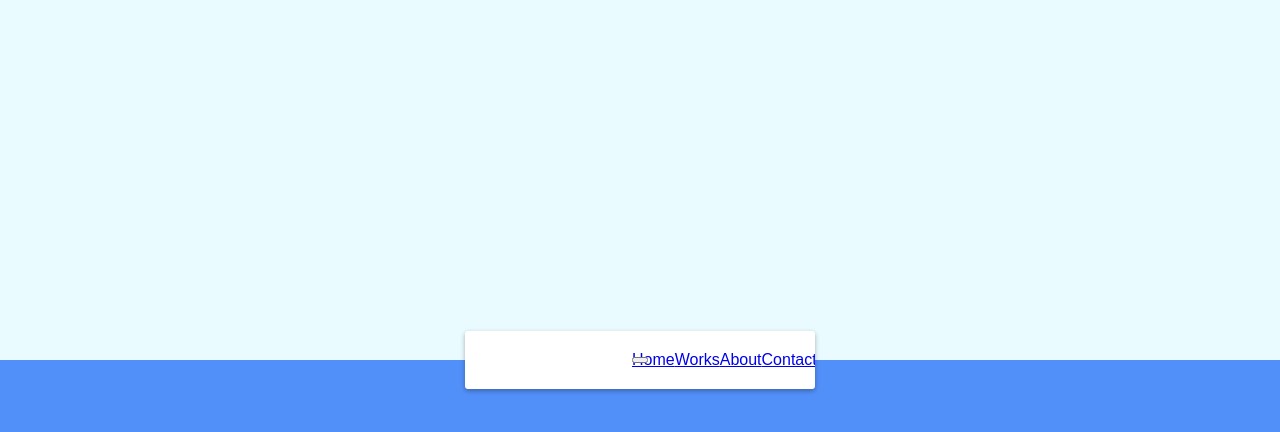
Repository: MMXiaohang/50projects50days-copy
Page: 14-animated-navigation/1-index.html
These files come from the project's save history. The page is drawn as it stood at one moment and after the next save; the edit follows.
The browser window is 1280 px wide. The pictures show the whole page.

Above is the page before, as saved 2022-07-29 00:08:03.

### 14-animated-navigation/1-index.html
<!DOCTYPE html>
<html lang="en">
<head>
    <meta charset="UTF-8">
    <meta http-equiv="X-UA-Compatible" content="IE=edge">
    <meta name="viewport" content="width=device-width, initial-scale=1.0">
    <link rel="stylesheet" href="./1-style.css">
    <title>Animated Navigation</title>
</head>
<body>
    <nav id="nav" class="active">
        <ul>
            <li><a href="#">Home</a></li>
            <li><a href="#">Works</a></li>
            <li><a href="#">About</a></li>
            <li><a href="#">Contact</a></li>
        </ul>

        <button id="toggle" class="icon">
            <div class="line line1"></div>
            <div class="line line2"></div>
        </button>

    </nav>

    <script src="./1-script.js"></script>
</body>
</html>

### 14-animated-navigation/1-style.css

*{
    margin: 0;
    box-sizing: border-box;
}


body {
    font-family: 'Muli', sans-serif;
    background-color: #eafbff;
    background-image: linear-gradient(
        to bottom,
        #eafbff 0%,
        #eafbff 50%,
        #5290f9 50%,
        #5290f9 100%
    );
    display: flex;
    justify-content: center;
    align-items: center;
    height: 100vh;
}


nav {
    background-color: #fff;
    padding: 20px;
    width: 80px;
    display: flex;
    justify-content: center;
    align-items: center;
    border-radius: 3px;
    box-shadow: 0 2px 5px rgba(0, 0, 0, 0.3);
    transition: width 0.6s linear;
    overflow-x: hidden;
}

nav.active{
    width: 350px;
}

nav ul{
    display: flex;
    list-style: none;
    padding: 0;
    margin: 0;
    width: 0;
}

Loaded but not shown: 14-animated-navigation/1-script.js (no stored copy; drawn as an empty file)

After the next save:
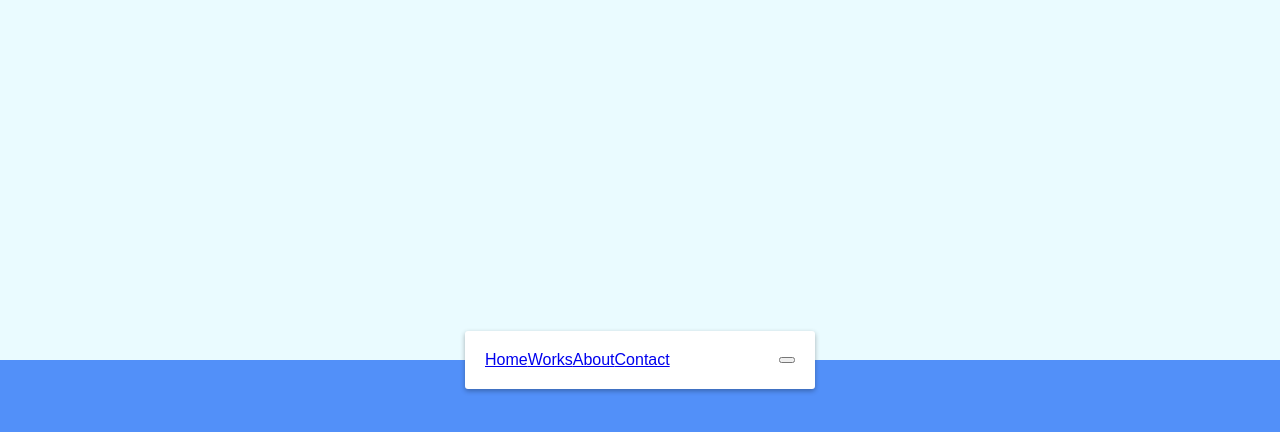
Saved 33 s later.
--- a/14-animated-navigation/1-style.css
+++ b/14-animated-navigation/1-style.css
@@ -45,4 +45,9 @@ nav ul{
     padding: 0;
     margin: 0;
     width: 0;
+    transition: width 0.6s linear;
 }
+
+nav.active ul{
+    width: 100%;
+}
